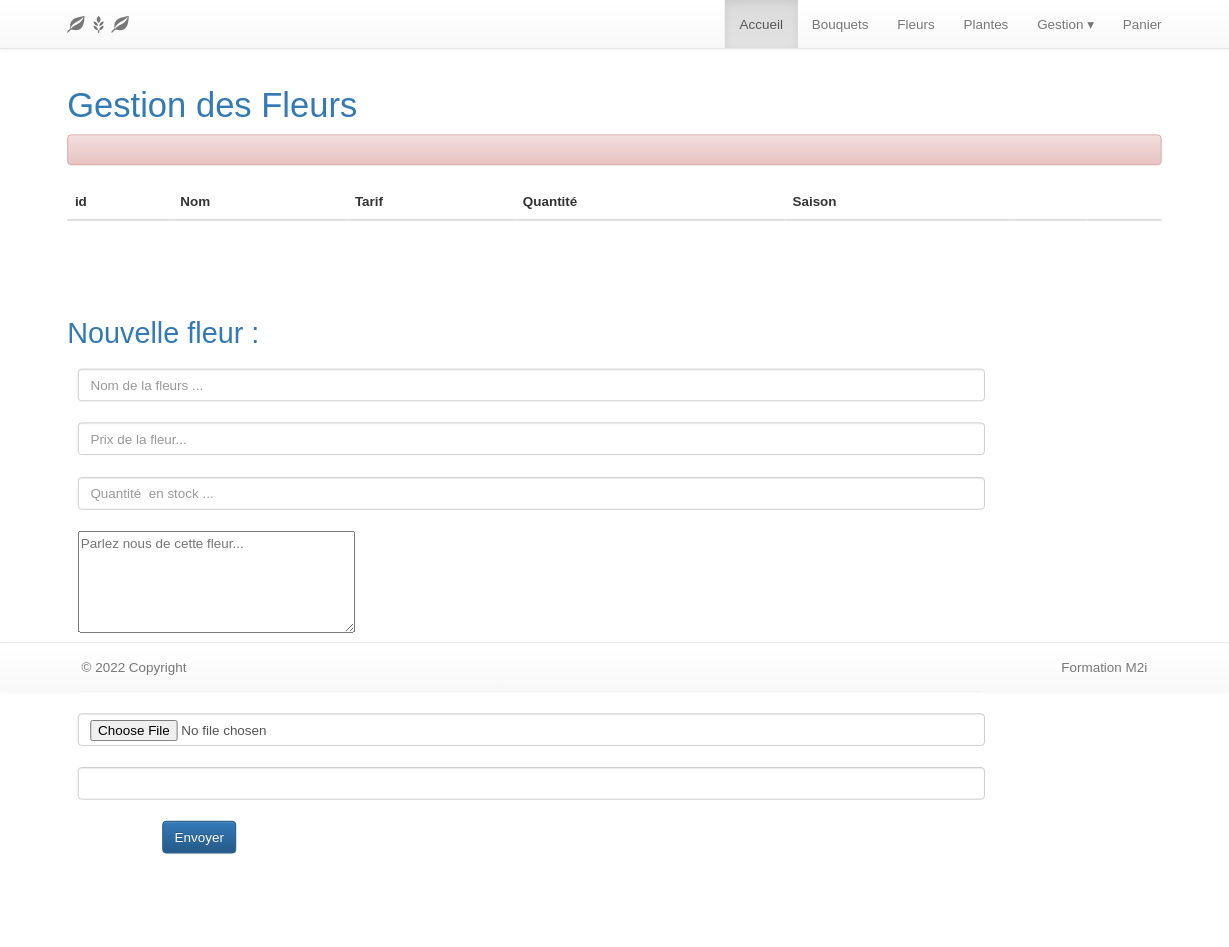
Repository: JeremT8/JavaFleuristeProject
Page: tp-fleuriste/src/main/webapp/bouquet-detail.html
The author's editor kept a copy of each file at every save. The page is drawn from the files as they stood at one save, then again after the next save.
The browser window is 1280 px wide. The pictures show the whole page, at 96% of full size.
The page's requests for data from a server got no answer. Some web libraries are served in a nearby version.

Above is the page before, as saved 2022-05-17 11:49:18.

After the next save:
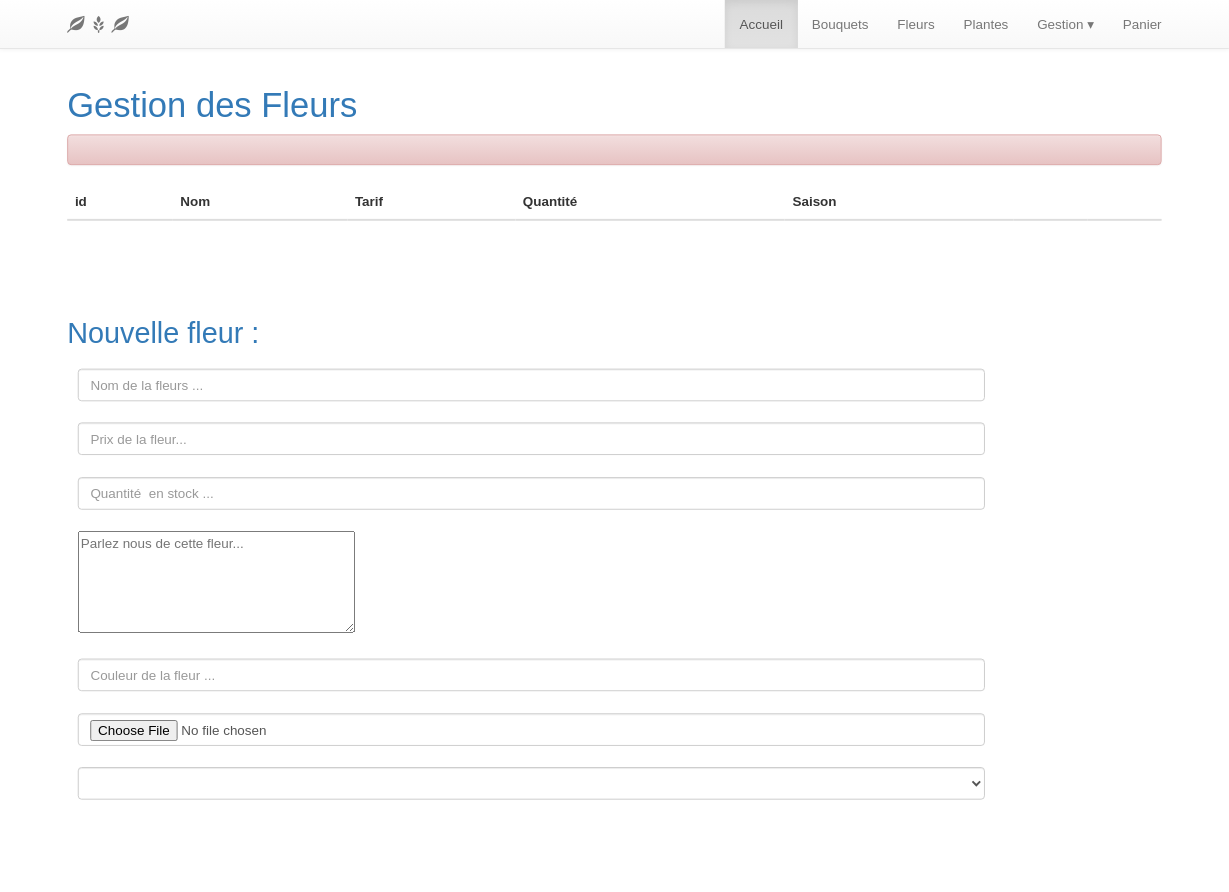
Saved 39 s later.
--- a/tp-fleuriste/src/main/webapp/bouquet-detail.html
+++ b/tp-fleuriste/src/main/webapp/bouquet-detail.html
@@ -119,7 +119,7 @@
 								class="form-control" />
 					</div>
 					<div class="col-xs-10 input-form" >
-						<input id="saisons"  class="form-control" />
+						<select id="saisons"  class="form-control" />
 					</div>
 
 					<div class="col-xs-2 input-form">

After the save that followed:
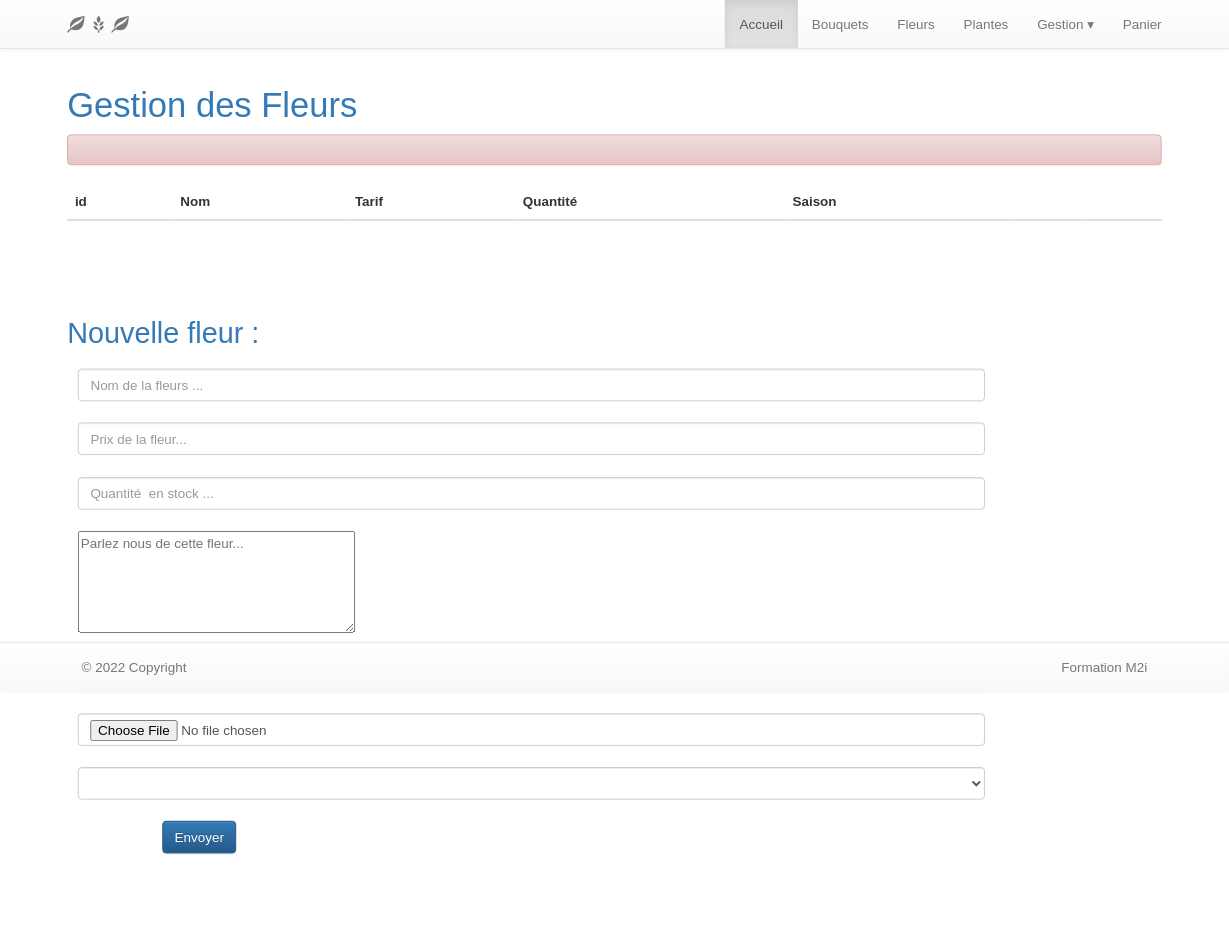
Saved 6 s later.
--- a/tp-fleuriste/src/main/webapp/bouquet-detail.html
+++ b/tp-fleuriste/src/main/webapp/bouquet-detail.html
@@ -119,7 +119,7 @@
 								class="form-control" />
 					</div>
 					<div class="col-xs-10 input-form" >
-						<select id="saisons"  class="form-control" />
+						<select id="saisons"  class="form-control"></select>
 					</div>
 
 					<div class="col-xs-2 input-form">
